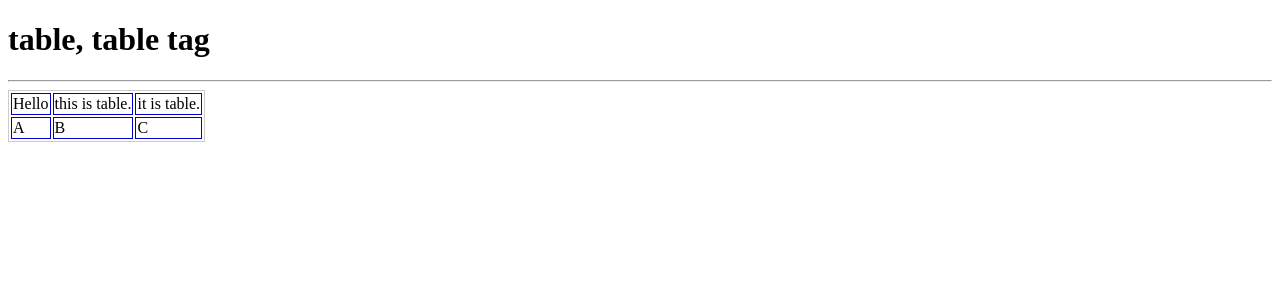
Repository: jihoonys82/weblec
Page: Front/WebContent/Ex01_HTML_tag/tagEx_05.html
These files come from the project's save history. The page is drawn as it stood at one moment and after the next save; the edit follows.
The browser window is 1280 px wide. The pictures show the whole page.

Above is the page before, as saved 2018-07-23 11:15:04.

After the next save:
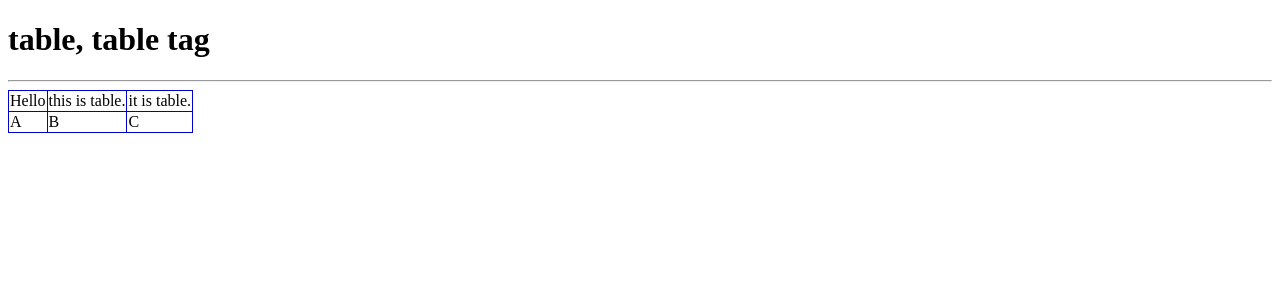
Saved 51 s later.
--- a/Front/WebContent/Ex01_HTML_tag/tagEx_05.html
+++ b/Front/WebContent/Ex01_HTML_tag/tagEx_05.html
@@ -7,6 +7,7 @@
 <style type="text/css"> /* stylesheet, CSS */
 table { /* Table outside square */
 	border: 1px solid #ccc;
+	border-collapse: collapse;
 }
 
 td { /* each table data cell */
